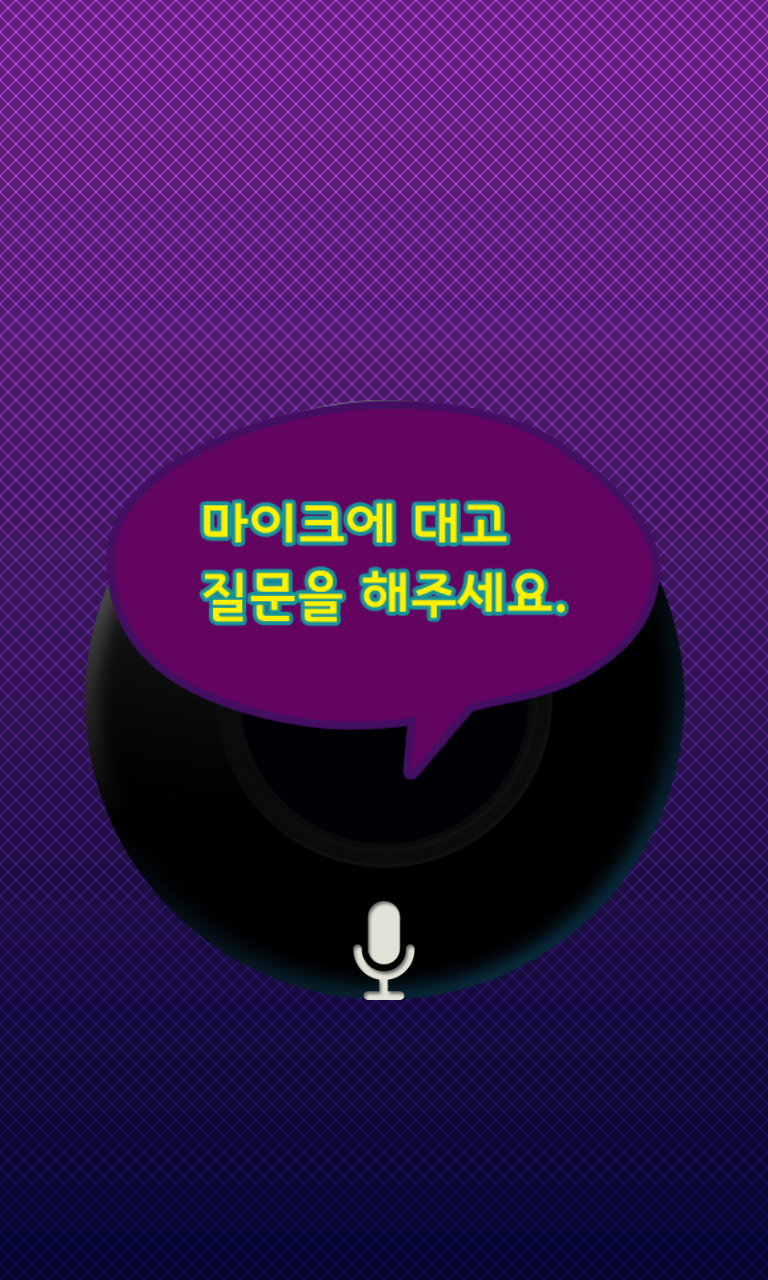
Repository: LimHeeJho/masicBall
Layout: MagicBall/res/layout/activity_main.xml
The author's editor kept a copy of each file at every save. The layout is drawn from the files as they stood at one save, then again after the next save.
It is drawn on a 768 x 1280 px phone screen (xhdpi) without system bars, with theme AppTheme; the app's code is not run.

Above is the layout before, as saved 2013-07-17 08:17:22.

### MagicBall/res/layout/activity_main.xml
<RelativeLayout xmlns:android="http://schemas.android.com/apk/res/android"
    xmlns:tools="http://schemas.android.com/tools"
    android:layout_width="fill_parent"
    android:layout_height="fill_parent"
    tools:context=".MainActivity" >

    <RelativeLayout
        android:layout_width="fill_parent"
        android:layout_height="fill_parent"
        android:layout_alignParentLeft="true"
        android:layout_alignParentTop="true"
        android:background="@drawable/background" >

        <RelativeLayout
            android:layout_width="fill_parent"
            android:layout_height="300dp"
            android:layout_marginTop="200dp"
            android:layout_centerHorizontal="true"
             >

            <ImageView
                android:id="@+id/imageView1"
                android:layout_width="fill_parent"
                android:layout_height="fill_parent"
                android:layout_alignParentTop="true"
                android:layout_centerHorizontal="true"
                android:src="@drawable/ball" />

                    <ImageView
            android:id="@+id/guide1"
            android:layout_width="wrap_content"
            android:layout_height="wrap_content"
            android:layout_alignParentTop="true"
            android:layout_centerHorizontal="true"
            android:src="@drawable/guide_mod" />

        <ImageView
            android:id="@+id/mic"
            android:layout_width="wrap_content"
            android:layout_height="wrap_content"
            android:layout_below="@+id/guide1"
            android:layout_centerHorizontal="true"
            android:layout_marginTop="60dp"
            android:src="@drawable/mic" />
        </RelativeLayout>
    </RelativeLayout>

</RelativeLayout>

Loaded but not shown: MagicBall/res/values/styles.xml (common file); MagicBall/res/values-v11/styles.xml (common file); MagicBall/res/values-v14/styles.xml (common file)

After the next save:
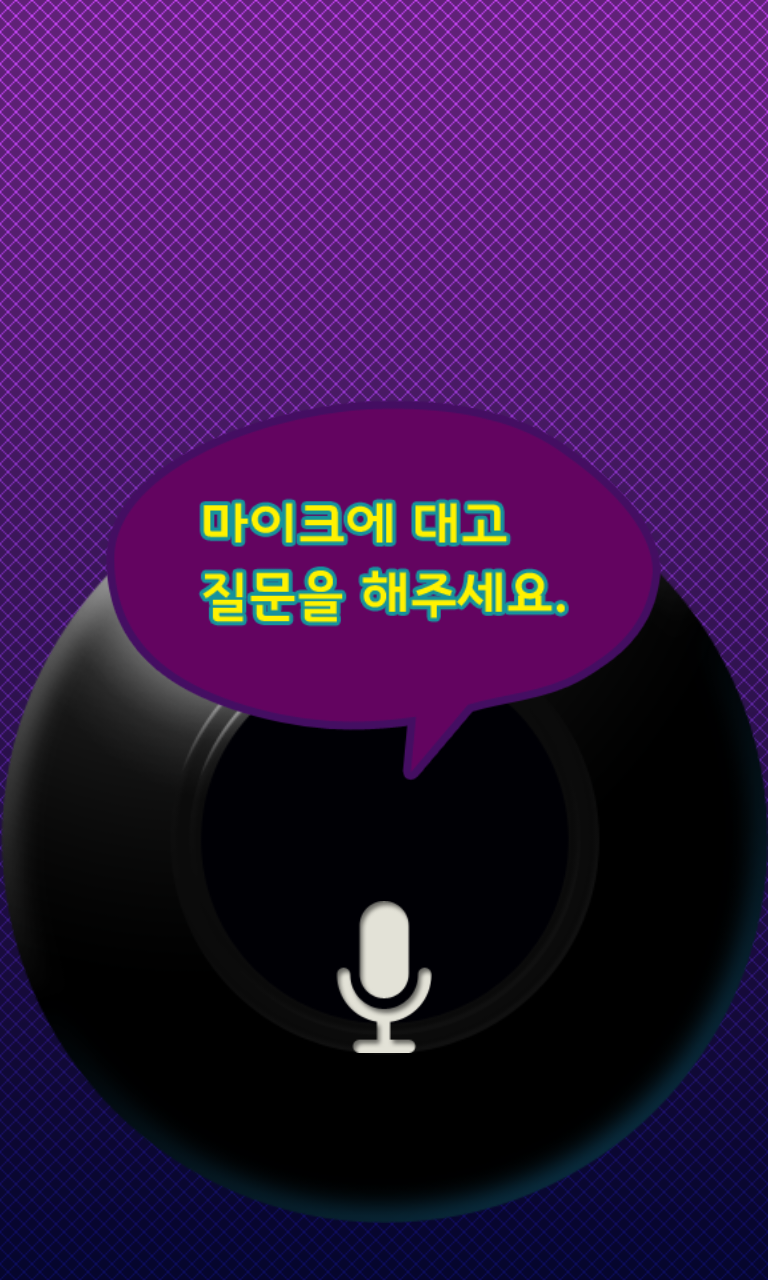
Saved 32 s later.
--- a/MagicBall/res/layout/activity_main.xml
+++ b/MagicBall/res/layout/activity_main.xml
@@ -13,7 +13,7 @@
 
         <RelativeLayout
             android:layout_width="fill_parent"
-            android:layout_height="300dp"
+            android:layout_height="500dp"
             android:layout_marginTop="200dp"
             android:layout_centerHorizontal="true"
              >
